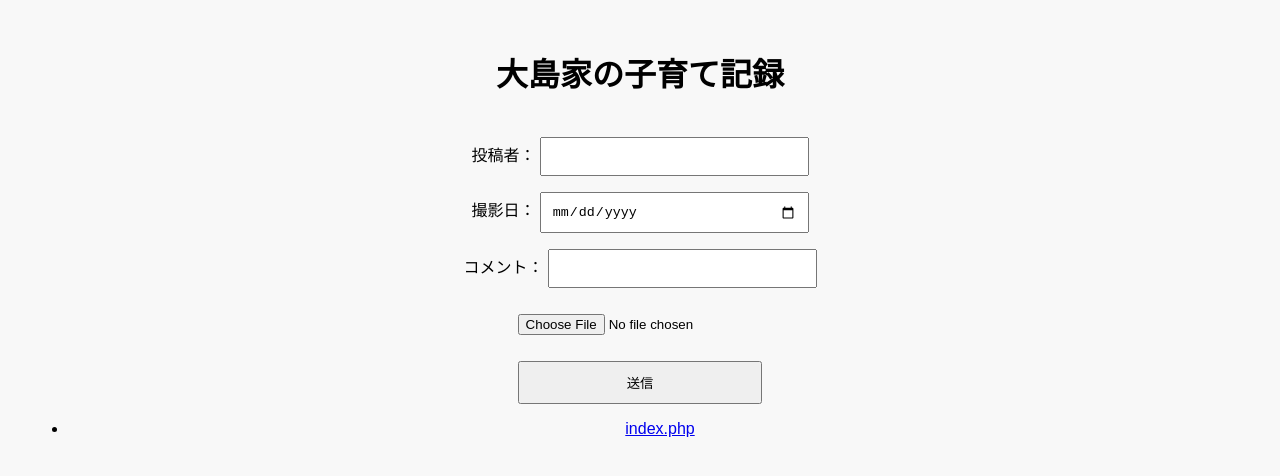
Repository: daidai0602/gs_kadai_questionnaire
Page: http://localhost/post.php
The author's editor kept a copy of each file at every save. The page is drawn from the files as they stood at one save, then again after a run of saves.
The browser window is 1280 px wide. The pictures show the whole page.
The page is run by PHP 8.4 with error messages shown; the project is at /var/www/html/.

Above is the page before, as saved 2023-11-15 22:40:02.

### post.php
<!DOCTYPE html>
<html lang="ja">
<head>
  <meta charset="UTF-8">
  <title>Document</title>
  <style>
    body {
      font-family: Arial, Helvetica, sans-serif;
      background-color: #f8f8f8;;
      padding: 20px;
      text-align: center;
    }
    h1 {
      padding-bottom: 20px;
    }
    input{
      width: 20%;
      padding: 10px;
    }

  </style>
</head>
<body>
  <h1>大島家の子育て記録</h1>
  <form action="write.php" method="post" enctype="multipart/form-data">
    <p>投稿者： <input type="text" name="name" size="15"></p>
    <p>撮影日： <input type="date" name="date"></p>
    <p>コメント： <input type="text" name="comment" size="20" ></p>
    <p><input type="file" name="upload_image"accept=".jpg,.jpeg,.png" required></p>
    <p><input type="submit" class="btn_submit" value="送信"></p>
  </form>
  <ul>
    <li><a href="index.php">index.php</a></li>
  </ul>
</body>
</html>

After the next 2 saves:
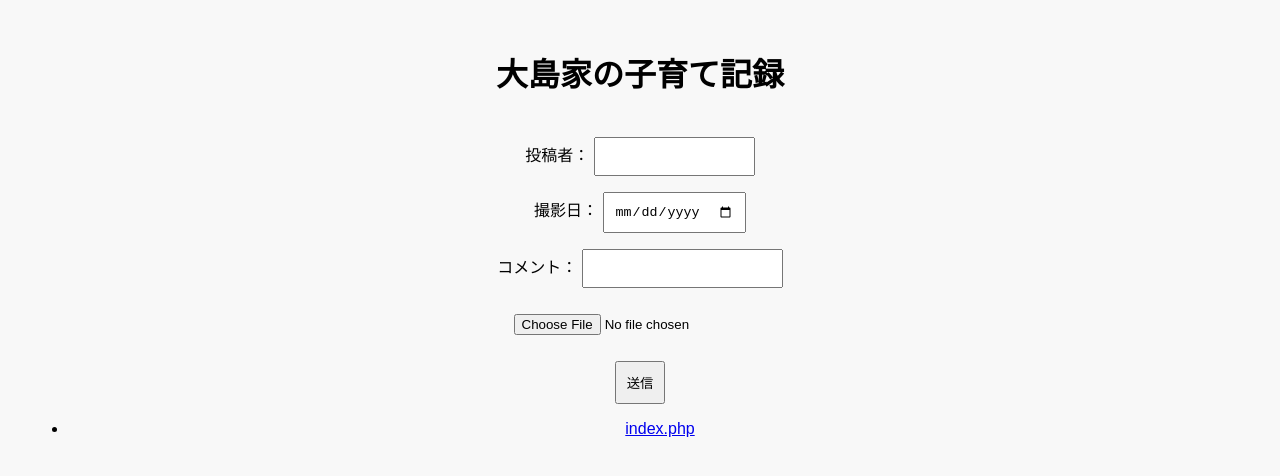
The 2 saves are shown as one change because they came seconds apart.
The last was saved 23 s later.
--- a/post.php
+++ b/post.php
@@ -14,7 +14,7 @@
       padding-bottom: 20px;
     }
     input{
-      width: 20%;
+
       padding: 10px;
     }
 
